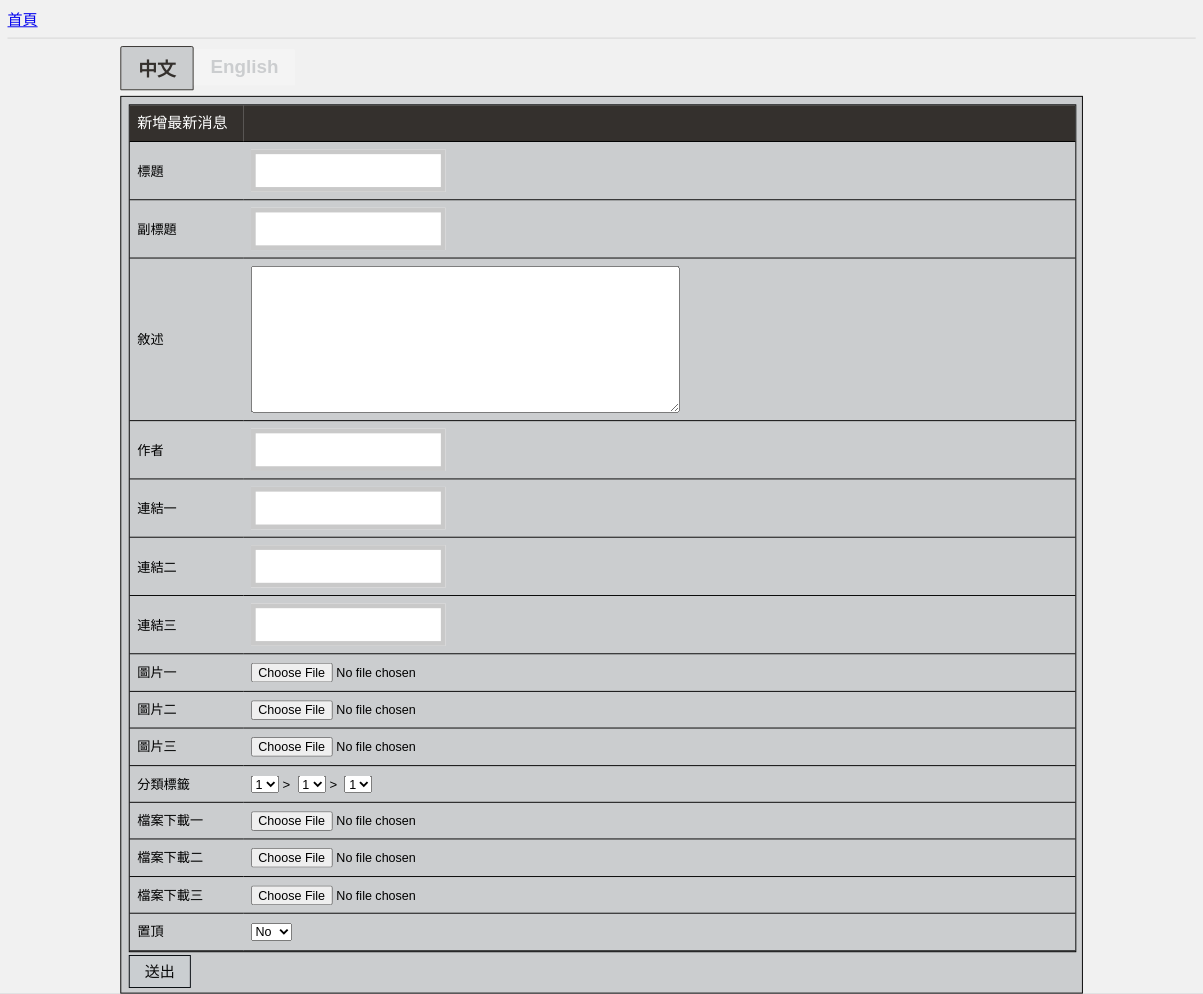
Repository: Naokiyuy/DigitalHum
Page: http://localhost/digital/backend/hotnews/hotnews-add.jsp
An editor plug-in stored every save of this project. The page is shown before and after the next save, followed by the edit.
The browser window is 1280 px wide. The pictures show the whole page, at 94% of full size.
Some web libraries are served in a nearby version. The page is served by Tomcat 9. Other server files are loaded and not shown.

Above is the page before, as saved 2015-03-11 19:49:45.

### digital/src/main/webapp/backend/hotnews/hotnews-add.jsp
<%@ page language="java" contentType="text/html; charset=UTF-8"
    pageEncoding="UTF-8"%>
<!DOCTYPE html PUBLIC "-//W3C//DTD HTML 4.01 Transitional//EN" "http://www.w3.org/TR/html4/loose.dtd">
<html>
<head>
<meta http-equiv="Content-Type" content="text/html; charset=UTF-8">
<title>[後台]最新消息-新增</title>
<link rel="stylesheet" type="text/css" href="/backend/css/hotnews/add.css" />
</head>
<body>
<jsp:include page="/backend/header/header.jsp"></jsp:include>
<hr />
<form action="">
<div class="tab_div">
<ul class="tabs">
	<li>
		<input type="radio" checked name="tabs" id="tab1">
        <label for="tab1">中文</label>
        <div id="tab-content1" class="tab-content animated fadeIn">
        	<div id="hotnews-add-table">
				<div class="hotnews-add-tr">
					<div class="hotnews-add-td"><span>新增最新消息</span></div>
					<div class="hotnews-add-td"></div>
				</div>
				<div class="hotnews-add-tr">
					<div class="hotnews-add-td">標題</div>
					<div class="hotnews-add-td"><input type="text" id="title_cht" name="title_cht"/></div>
				</div>
				<div class="hotnews-add-tr">
					<div class="hotnews-add-td">副標題</div>
					<div class="hotnews-add-td"><input type="text" id="subtitle_cht" name="subtitle_cht"/></div>
				</div>
				<div class="hotnews-add-tr">
					<div class="hotnews-add-td">敘述</div>
					<div class="hotnews-add-td"><textarea id="description_cht" name="description_cht"/></textarea></div>
				</div>
				<div class="hotnews-add-tr">
					<div class="hotnews-add-td">作者</div>
					<div class="hotnews-add-td"><input type="text" id="author_cht" name="author_cht"/></div>
				</div>
				<div class="hotnews-add-tr">
					<div class="hotnews-add-td">連結一</div>
					<div class="hotnews-add-td"><input type="text" id="link_1_cht" name="link_1_cht"/></div>
				</div>
				<div class="hotnews-add-tr">
					<div class="hotnews-add-td">連結二</div>
					<div class="hotnews-add-td"><input type="text" id="link_2_cht" name="link_2_cht"/></div>
				</div>
				<div class="hotnews-add-tr">
					<div class="hotnews-add-td">連結三</div>
					<div class="hotnews-add-td"><input type="text" id="link_3_cht" name="link_3_cht"/></div>
				</div>
				<div class="hotnews-add-tr">
					<div class="hotnews-add-td">圖片一</div>
					<div class="hotnews-add-td"><input type="file" id="image_1_cht" name="image_1_cht" /></div>
				</div>
				<div class="hotnews-add-tr">
					<div class="hotnews-add-td">圖片二</div>
					<div class="hotnews-add-td"><input type="file" id="image_2_cht" name="image_2_cht" /></div>
				</div>
				<div class="hotnews-add-tr">
					<div class="hotnews-add-td">圖片三</div>
					<div class="hotnews-add-td"><input type="file" id="image_3_cht" name="image_3_cht" /></div>
				</div>
				<div class="hotnews-add-tr">
					<div class="hotnews-add-td">分類標籤</div>
					<div class="hotnews-add-td">
						<select id="breadcrumb_1" name="breadcrumb_1_cht">
							<option>1</option>
							<option>2</option>
							<option>3</option>
						</select>&nbsp;>&nbsp;
						<select id="breadcrumb_2" name="breadcrumb_2_cht">
							<option>1</option>
							<option>2</option>
							<option>3</option>
						</select>&nbsp;>&nbsp;
						<select id="breadcrumb_3" name="breadcrumb_3_cht">
							<option>1</option>
							<option>2</option>
							<option>3</option>
						</select>
					</div>
				</div>
				<div class="hotnews-add-tr">
					<div class="hotnews-add-td">檔案下載一</div>
					<div class="hotnews-add-td"><input type="file" id="file_1_cht" name="file_1_cht" /></div>
				</div>
				<div class="hotnews-add-tr">
					<div class="hotnews-add-td">檔案下載二</div>
					<div class="hotnews-add-td"><input type="file" id="file_2_cht" name="file_2_cht" /></div>
				</div>
				<div class="hotnews-add-tr">
					<div class="hotnews-add-td">檔案下載三</div>
					<div class="hotnews-add-td"><input type="file" id="file_3_cht" name="file_3_cht" /></div>
				</div>
				<div class="hotnews-add-tr">
					<div class="hotnews-add-td">置頂</div>
					<div class="hotnews-add-td">
						<select id="top_cht" name="top_cht">
							<option value="0">No</option>
							<option value="1">Yes</option>
						</select>
					</div>
				</div>
			</div>
			<div class="action_btn">
				<a class="submit_btn" href="#">送出</a>
			</div>
        </div>
	</li>
	<li>
		<input type="radio" name="tabs" id="tab2">
        <label for="tab2">English</label>
        <div id="tab-content2" class="tab-content animated fadeIn">
        	<div id="hotnews-add-table">
				<div class="hotnews-add-tr">
					<div class="hotnews-add-td"><span>New HotNews</span></div>
					<div class="hotnews-add-td"></div>
				</div>
				<div class="hotnews-add-tr">
					<div class="hotnews-add-td">Title</div>
					<div class="hotnews-add-td"><input type="text" id="title_enu" name="title_enu"/></div>
				</div>
				<div class="hotnews-add-tr">
					<div class="hotnews-add-td">Subtitle</div>
					<div class="hotnews-add-td"><input type="text" id="subtitle_enu" name="subtitle_enu"/></div>
				</div>
				<div class="hotnews-add-tr">
					<div class="hotnews-add-td">Description</div>
					<div class="hotnews-add-td"><textarea id="description_enu" name="description_enu"/></textarea></div>
				</div>
				<div class="hotnews-add-tr">
					<div class="hotnews-add-td">Author</div>
					<div class="hotnews-add-td"><input type="text" id="author_enu" name="author_enu"/></div>
				</div>
				<div class="hotnews-add-tr">
					<div class="hotnews-add-td">LinkA</div>
					<div class="hotnews-add-td"><input type="text" id="link_1_enu" name="link_1_enu"/></div>
				</div>
				<div class="hotnews-add-tr">
					<div class="hotnews-add-td">LinkB</div>
					<div class="hotnews-add-td"><input type="text" id="link_2_enu" name="link_2_enu"/></div>
				</div>
				<div class="hotnews-add-tr">
					<div class="hotnews-add-td">LinkC</div>
					<div class="hotnews-add-td"><input type="text" id="link_3_enu" name="link_3_enu"/></div>
				</div>
				<div class="hotnews-add-tr">
					<div class="hotnews-add-td">ImageA</div>
					<div class="hotnews-add-td"><input type="file" id="image_1_enu" name="image_1_enu" /></div>
				</div>
				<div class="hotnews-add-tr">
					<div class="hotnews-add-td">ImageB</div>
					<div class="hotnews-add-td"><input type="file" id="image_2_enu" name="image_2_enu" /></div>
				</div>
				<div class="hotnews-add-tr">
					<div class="hotnews-add-td">ImageC</div>
					<div class="hotnews-add-td"><input type="file" id="image_3_enu" name="image_3_enu" /></div>
				</div>
				<div class="hotnews-add-tr">
					<div class="hotnews-add-td">Breadcrumb</div>
					<div class="hotnews-add-td">
						<select id="breadcrumb_1" name="breadcrumb_1_enu">
							<option>1</option>
							<option>2</option>
							<option>3</option>
						</select>&nbsp;>&nbsp;
						<select id="breadcrumb_2" name="breadcrumb_2_enu">
							<option>1</option>
							<option>2</option>
							<option>3</option>
						</select>&nbsp;>&nbsp;
						<select id="breadcrumb_3" name="breadcrumb_3_enu">
							<option>1</option>
							<option>2</option>
							<option>3</option>
						</select>
					</div>
				</div>
				<div class="hotnews-add-tr">
					<div class="hotnews-add-td">FileA</div>
					<div class="hotnews-add-td"><input type="file" id="file_1_enu" name="file_1_enu" /></div>
				</div>
				<div class="hotnews-add-tr">
					<div class="hotnews-add-td">FileB</div>
					<div class="hotnews-add-td"><input type="file" id="file_2_enu" name="file_2_enu" /></div>
				</div>
				<div class="hotnews-add-tr">
					<div class="hotnews-add-td">FileC</div>
					<div class="hotnews-add-td"><input type="file" id="file_3_enu" name="file_3_enu" /></div>
				</div>
				<div class="hotnews-add-tr">
					<div class="hotnews-add-td">Top</div>
					<div class="hotnews-add-td">
						<select id="top_enu" name="top_enu">
							<option value="0">No</option>
							<option value="1">Yes</option>
						</select>
					</div>
				</div>
			</div>
			<div class="action_btn">
				<a class="submit_btn" href="#">Submit</a>
			</div>
        </div>
	</li>
</ul>
</div>
</form>
<jsp:include page="/backend/footer/footer.jsp"></jsp:include>
</body>
</html>

### digital/src/main/webapp/backend/header/header.jsp
<%@ page language="java" contentType="text/html; charset=UTF-8"
    pageEncoding="UTF-8"%>
<!DOCTYPE html PUBLIC "-//W3C//DTD HTML 4.01 Transitional//EN" "http://www.w3.org/TR/html4/loose.dtd">
<html>
<head>
<meta http-equiv="Content-Type" content="text/html; charset=UTF-8">
<title>Insert title here</title>
<script type="text/javascript" src="https://code.jquery.com/jquery-1.11.2.min.js"></script>
</head>
<body>
<div id="breadcrumb">
	<a href="/backend/index.do">首頁</a>
</div>
</body>
</html>

### digital/src/main/webapp/backend/footer/footer.jsp
<%@ page language="java" contentType="text/html; charset=UTF-8"
    pageEncoding="UTF-8"%>
<!DOCTYPE html PUBLIC "-//W3C//DTD HTML 4.01 Transitional//EN" "http://www.w3.org/TR/html4/loose.dtd">
<html>
<head>
<meta http-equiv="Content-Type" content="text/html; charset=UTF-8">
<title>Insert title here</title>
</head>
<body>
<%-- Menu bar --%>

<%-- breadcrumb --%>


</body>
</html>

### digital/src/main/webapp/backend/css/hotnews/add.css

hr{
	border:0; height:1px; background-color:#d4d4d4;
}
body{
	font-family: "Varela Round",sans-serif, Microsoft JhengHei;
	background-color:#f1f1f1;
}

#hotnews-add-table{
	display:table;
	width:100%;
	border:1px solid #000000;
	max-width:1024px;
	margin: 0 auto;
}

.hotnews-add-tr {
	display: table-row;
}

.hotnews-add-td {
	display: table-cell;
	vertical-align:middle;
	border:1px solid #000000;
	border-width:0px 0px 1px 0px;
	text-align:left;
	padding:8px;
	font-size:14px;
	font-weight:normal;
	color:#000000;
}

.hotnews-add-td:first-child{
	width:12%;
}

.hotnews-add-tr:first-child {
	background-color:#34302D;
}

.hotnews-add-tr:first-child span{
	color:#ffffff;
	font-size:16px;
	vertical-align:middle;
	text-align:center;
}

.tabs input[type=radio] {
          position: absolute;
          top: -9999px;
          left: -9999px;
}
.tabs {
		max-width:1024px;
        float: none;
        list-style: none;
        position: relative;
        padding: 0;
        margin: 0px auto;
        min-height:100%;
}
      .tabs li{
        float: left;
      }
.tabs label {
          display: block;
          padding: 8px 18px;
          border-radius: 2px 2px 0 0;
          color: #CBCDCF;
          font-size: 20px;
          font-weight: bold;
          //font-family: 'Lily Script One', helveti;
          background: rgba(255,255,255,0.2);
          cursor: pointer;
          position: relative;
          top: 3px;
          -webkit-transition: all 0.2s ease-in-out;
          -moz-transition: all 0.2s ease-in-out;
          -o-transition: all 0.2s ease-in-out;
          transition: all 0.2s ease-in-out;
}
.tabs label:hover {
        background: rgba(255,255,255,0.5);
        top: 0;
        border: 1px solid;
}

[id^=tab]:checked + label {
        background: #CBCDCF;
        color: rgb(52, 48, 45);
        top: 0;
        border: 1px solid;
}

[id^=tab]:checked ~ [id^=tab-content] {
          display: block;
}
.tab-content{
        z-index: 2;
        display: none;
        text-align: left;
        width: 100%;
        font-size: 16px;
        line-height: 140%;
        padding-top: 10px;
        background: #CBCDCF;
        padding: 8px;
        color: white;
        position: absolute;
        top: 53px;
        border: 1px solid #000;
        left: 0;
        box-sizing: border-box;
        -webkit-animation-duration: 0.5s;
        -o-animation-duration: 0.5s;
        -moz-animation-duration: 0.5s;
        animation-duration: 0.5s;
}

.action_btn{
	max-width:1024px;
	margin-top:10px;
	margin-right:auto;
	margin-bottom: 3px;
	margin-left:auto;
}

.submit_btn {
  color: #080808;
  font-size: 16px;
  background: #caced1;
  padding: 8px 16px 8px 16px;
  border: solid #00060a 1px;
  text-decoration: none;
}

.submit_btn:hover {
  background: #99a1a6;
  text-decoration: none;
}

textarea {
	height:150px;
	width:450px;
}

input[type="text"] {
  padding: 10px;
  border: solid 5px #c9c9c9;
  transition: border 0.3s;
}
input[type="text"]:focus{
  border: solid 5px #969696;
  box-shadow: 0 0 5px 1px #969696;
}

After the next save:
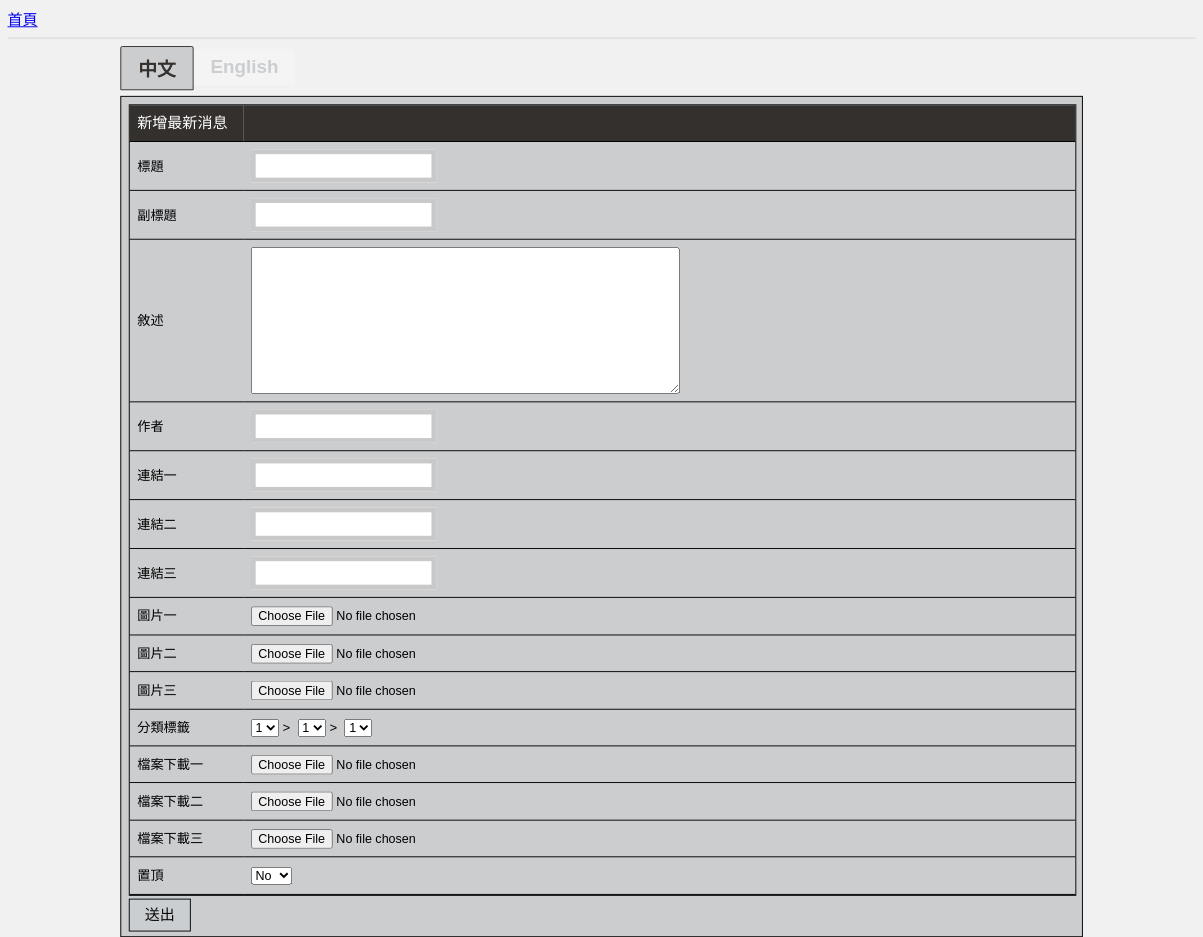
Saved 22 s later.
--- a/digital/src/main/webapp/backend/css/hotnews/add.css
+++ b/digital/src/main/webapp/backend/css/hotnews/add.css
@@ -146,7 +146,7 @@ textarea {
 }
 
 input[type="text"] {
-  padding: 10px;
+  padding: 5px;
   border: solid 5px #c9c9c9;
   transition: border 0.3s;
 }
